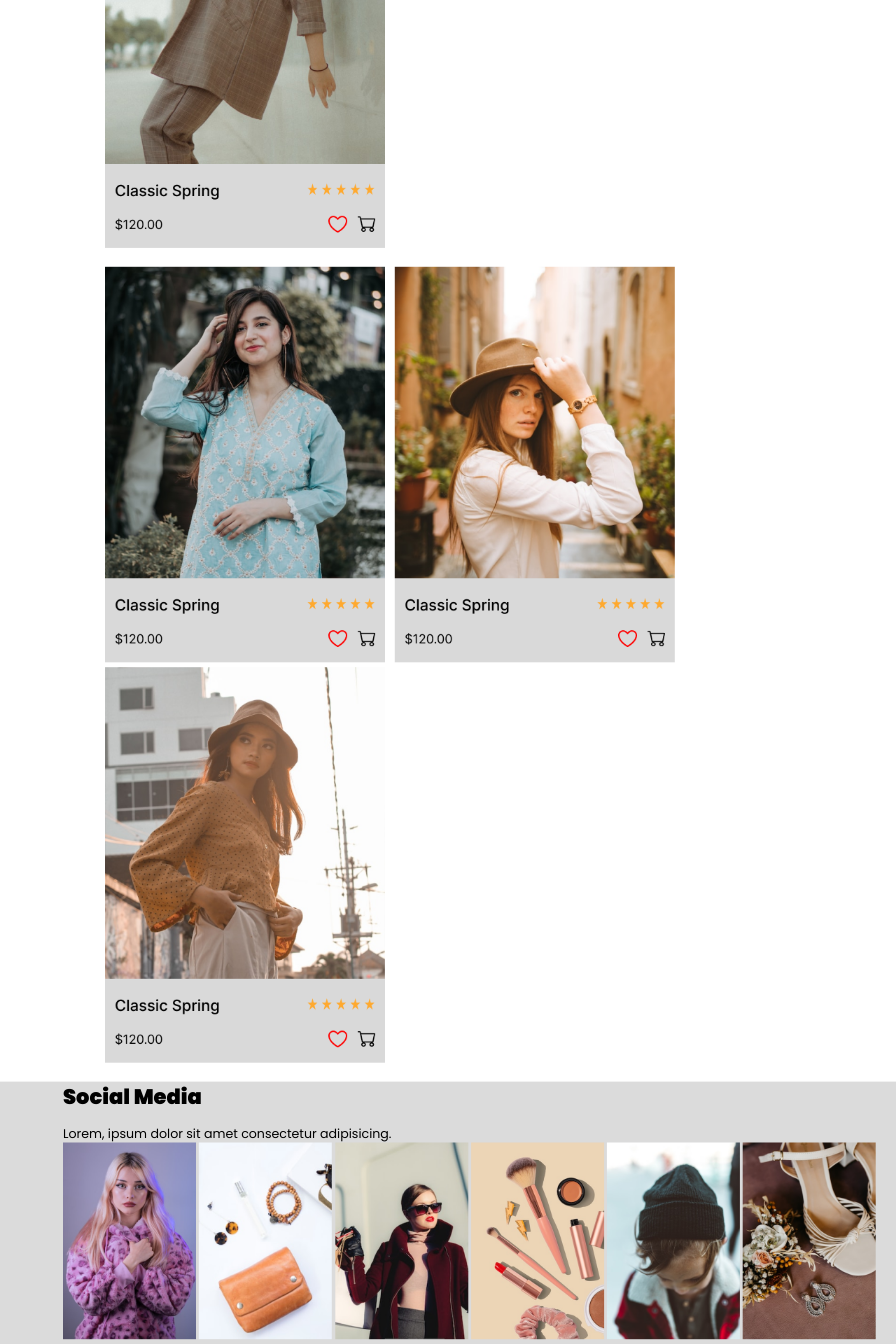
Repository: isaacCodes1/My-Project
Page: lifestyle.html
An editor plug-in stored every save of this project. The page is shown before and after a run of saves, followed by the edit.
The browser window is 1280 px wide. The pictures show the part of the page from y = 973 to 2893 px (the page is 2893 px tall before and 2848 px after), at 70% of full size.

Above is the page before, as saved 2024-03-21 18:21:34.

After the next 2 saves:
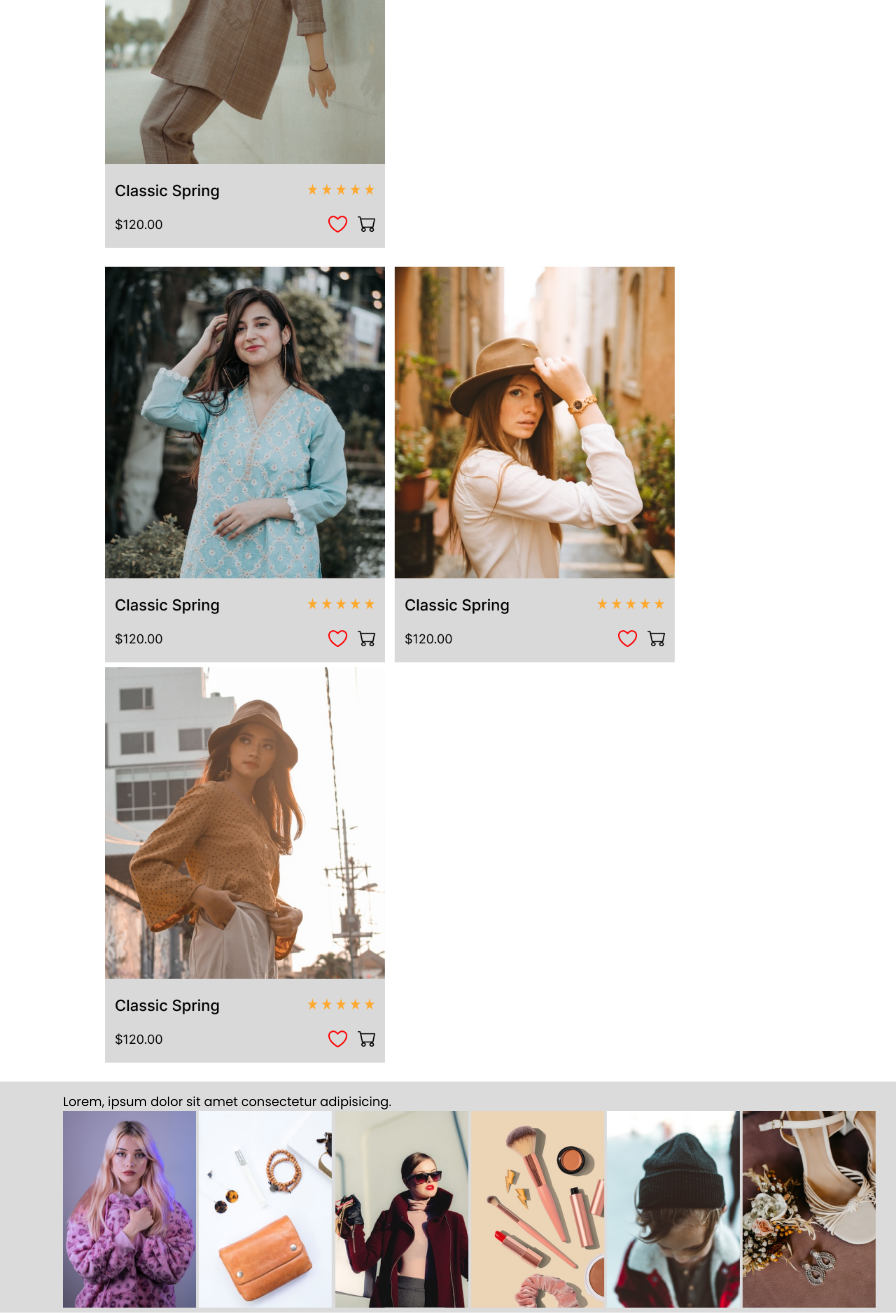
The 2 saves are shown as one change because they came seconds apart.
The last was saved 102 s later.
--- a/lifestyle.html
+++ b/lifestyle.html
@@ -52,7 +52,7 @@
     <section class="foot">
         <div class="genFoot">
           <div class="footTxt">
-            <h1>Social Media</h1>
+            <h1></h1>
             <p>Lorem, ipsum dolor sit amet consectetur adipisicing.</p>
           </div>
           <div class="footImg">

After the save that followed:
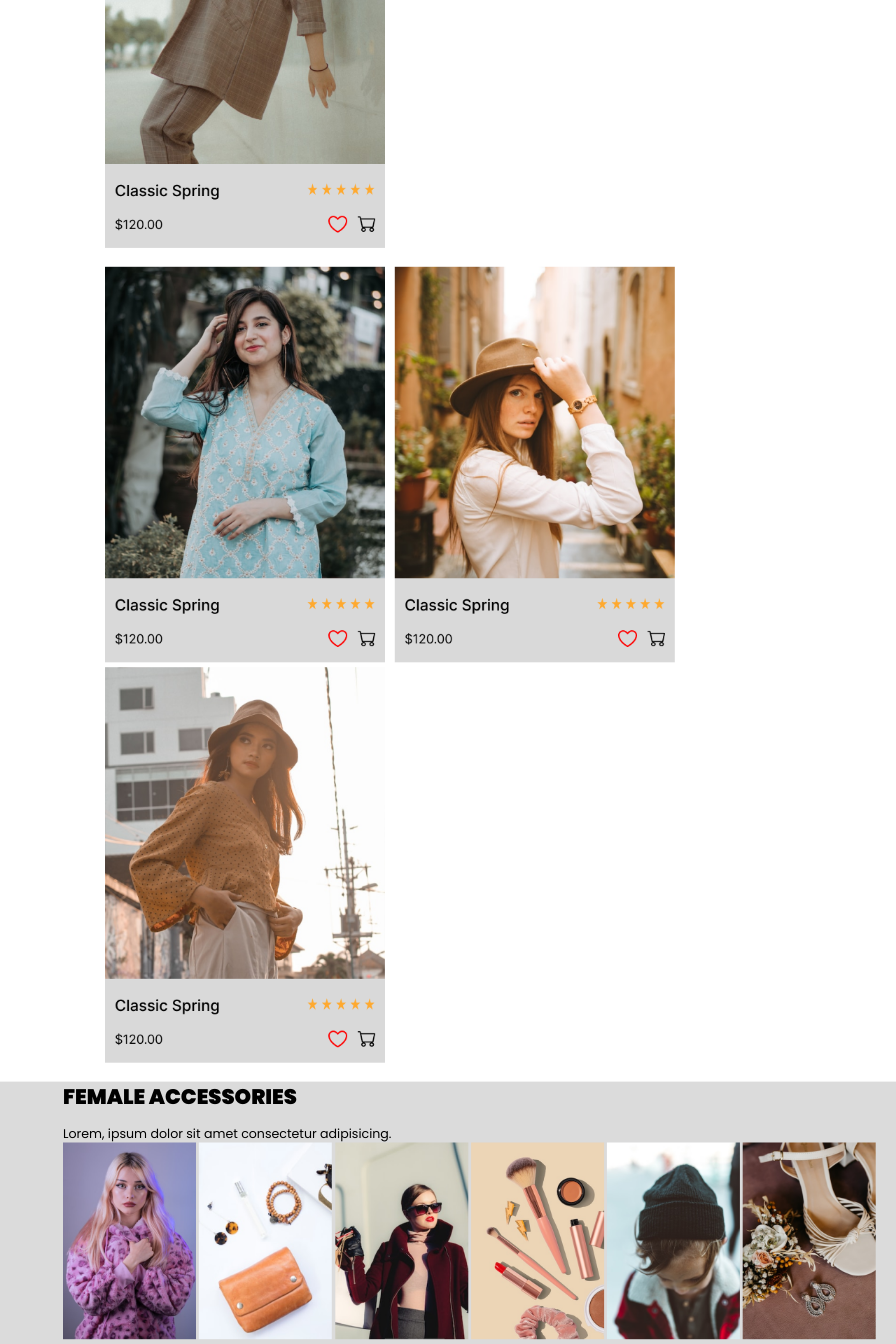
Saved 6 s later.
--- a/lifestyle.html
+++ b/lifestyle.html
@@ -52,7 +52,7 @@
     <section class="foot">
         <div class="genFoot">
           <div class="footTxt">
-            <h1></h1>
+            <h1>FEMALE ACCESSORIES</h1>
             <p>Lorem, ipsum dolor sit amet consectetur adipisicing.</p>
           </div>
           <div class="footImg">
